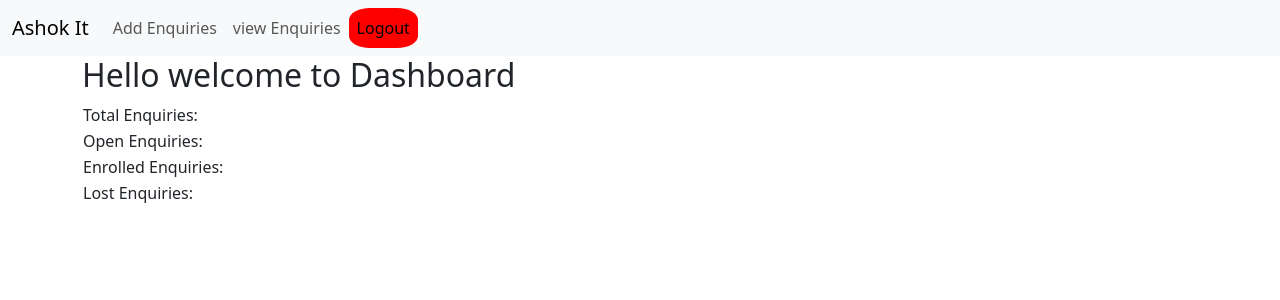
Repository: dibyajyotipanigrahi/Mini-Projects
Page: http://localhost/dashboard
An editor plug-in stored every save of this project. The page is shown before and after the next save, followed by the edit.
The browser window is 1280 px wide. The pictures show the whole page.
The page is this project's Thymeleaf template; nobody is signed in. The template is opened directly, without the code that normally fills it, so the values that code supplies are empty.

Above is the page before, as saved 2024-04-25 19:11:14.

### 01-Councellors-Application/src/main/resources/templates/dashboard.html
<!doctype html>
<html lang="en">

<head>
	<meta charset="utf-8">
	<meta name="viewport" content="width=device-width, initial-scale=1">
	<title>Login</title>
	<link href="https://cdn.jsdelivr.net/npm/bootstrap@5.3.3/dist/css/bootstrap.min.css" rel="stylesheet"
		integrity="sha384-QWTKZyjpPEjISv5WaRU9OFeRpok6YctnYmDr5pNlyT2bRjXh0JMhjY6hW+ALEwIH" crossorigin="anonymous">


</head>

<body>

	<nav class="navbar navbar-expand-lg bg-body-tertiary">
		<div class="container-fluid">
			<a class="navbar-brand" href="#">Ashok It</a>
			<button class="navbar-toggler" type="button" data-bs-toggle="collapse" data-bs-target="#navbarNav"
				aria-controls="navbarNav" aria-expanded="false" aria-label="Toggle navigation">
				<span class="navbar-toggler-icon"></span>
			</button>
			<div class="collapse navbar-collapse" id="navbarNav">
				<ul class="navbar-nav">

					<li class="nav-item">
						<a class="nav-link" href="enquiry">Add Enquiries</a>
					</li>
					<li class="nav-item">
						<a class="nav-link" href="enquiries">view Enquiries</a>
					</li>
					<li class="nav-item">
						<a class="nav-link" href="logout" style="color: black;background-color: red;border-radius: 30%;">Logout</a>
					</li>

				</ul>
			</div>
		</div>
	</nav>
	<div class="container">
		<h2>Hello welcome to Dashboard</h2>
		<table>

			<tr>
				<td>Total Enquiries:</td>
				<td th:text="${dashboard.totalEnqs}"></td>
			</tr>
			<tr>
				<td>Open Enquiries:</td>
				<td th:text="${dashboard.openEnqs}"></td>
			</tr>

			<tr>
				<td>Enrolled Enquiries:</td>
				<td th:text="${dashboard.enrolledEnqs}"></td>
			</tr>
			<tr>
				<td>Lost Enquiries:</td>
				<td th:text="${dashboard.lostEnqs}"></td>
			</tr>
		</table>
		</form>
	</div>
	<script src="https://cdn.jsdelivr.net/npm/bootstrap@5.3.3/dist/js/bootstrap.bundle.min.js"
		integrity="sha384-YvpcrYf0tY3lHB60NNkmXc5s9fDVZLESaAA55NDzOxhy9GkcIdslK1eN7N6jIeHz"
		crossorigin="anonymous"></script>
</body>

</html>

After the next save:
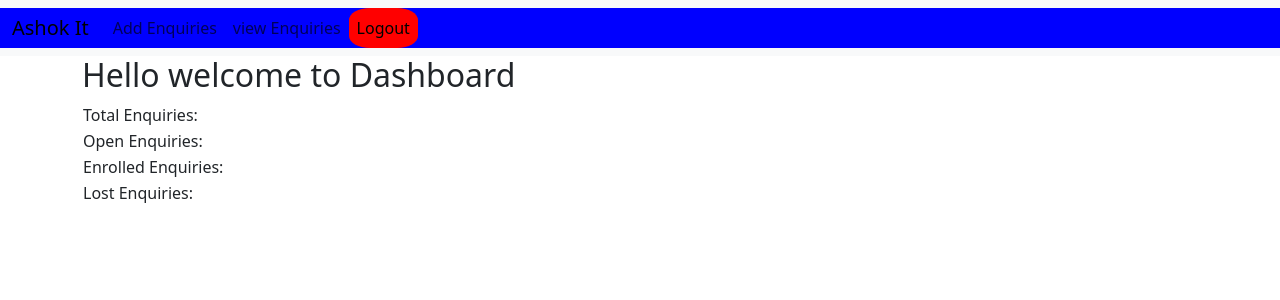
Saved 48 s later.
--- a/01-Councellors-Application/src/main/resources/templates/dashboard.html
+++ b/01-Councellors-Application/src/main/resources/templates/dashboard.html
@@ -14,7 +14,7 @@
 <body>
 
 	<nav class="navbar navbar-expand-lg bg-body-tertiary">
-		<div class="container-fluid">
+		<div class="container-fluid" style="background-color: blue;">
 			<a class="navbar-brand" href="#">Ashok It</a>
 			<button class="navbar-toggler" type="button" data-bs-toggle="collapse" data-bs-target="#navbarNav"
 				aria-controls="navbarNav" aria-expanded="false" aria-label="Toggle navigation">
